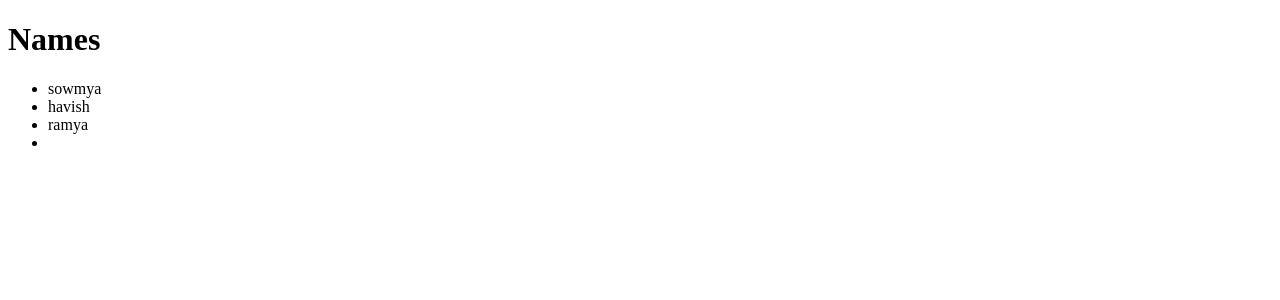
Repository: navyasureshkodenkiri/phpprojectgh-
Page: http://localhost/names.php
These files come from the project's save history. The page is drawn as it stood at one moment and after a run of saves; the edit follows.
The browser window is 1280 px wide. The pictures show the whole page.
The page is run by PHP 8.4 with error messages shown; the project is at /var/www/html/.

Above is the page before, as saved 2022-12-14 12:27:10.

After the next 2 saves:
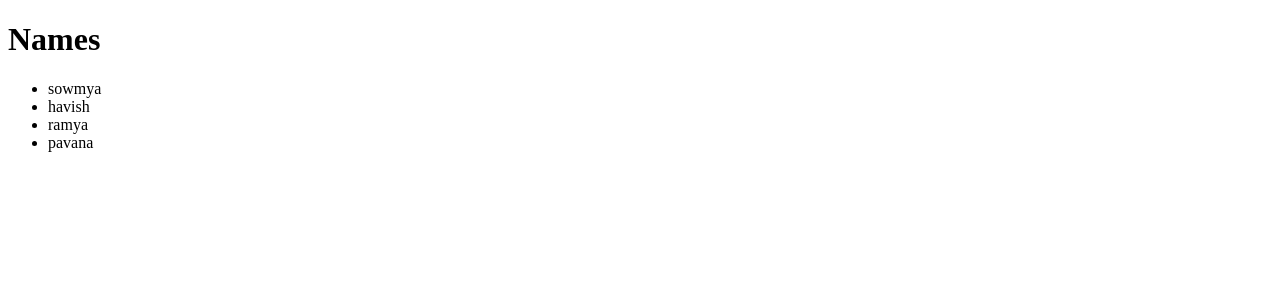
The 2 saves are shown as one change because they came seconds apart.
The last was saved 8 s later.
--- a/names.php
+++ b/names.php
@@ -1,5 +1,5 @@
 <?php
-$names = ['sowmya','havish','ramya',''];
+$names = ['sowmya','havish','ramya','pavana'];
 ?>
 <!DOCTYPE html>
 <html lang="en">
